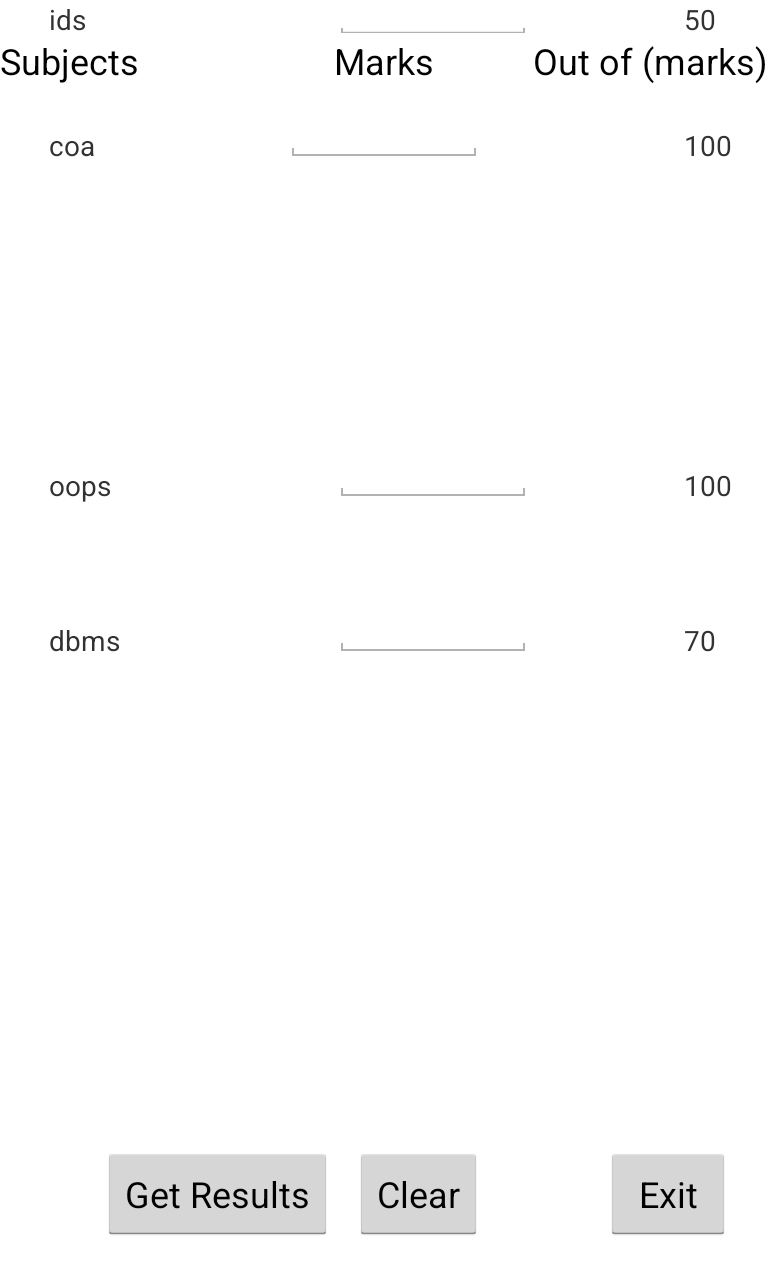
Repository: arjuntheprogrammer/iact
Layout: iact/iact android practice/mywork/ReportCard/res/layout/activity_second.xml
These files come from the project's save history. The layout is drawn as it stood at one moment and after the next save; the edit follows.
It is drawn on a 768 x 1280 px phone screen (xhdpi) without system bars, with theme AppTheme; the app's code is not run.

Above is the layout before, as saved 2015-12-26 11:40:02.

After the next save:
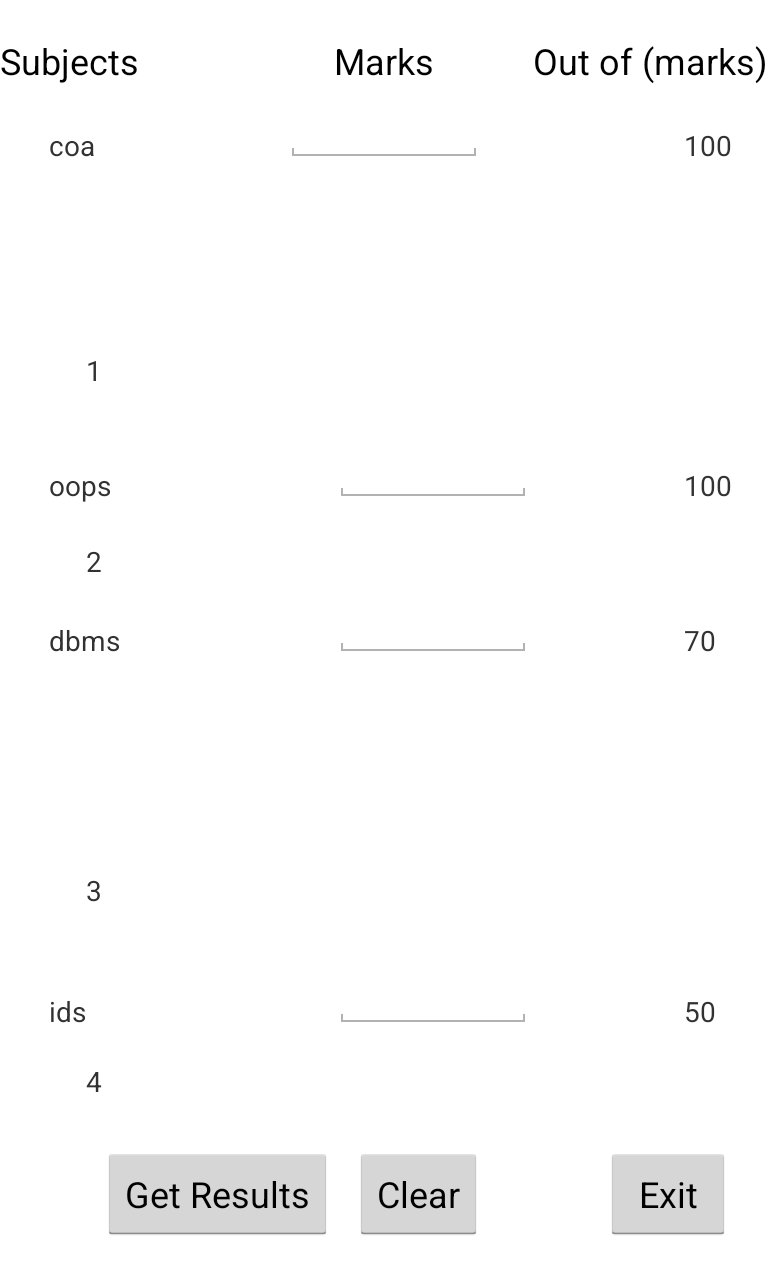
Saved 5 min 39 s later.
--- a/iact/iact android practice/mywork/ReportCard/res/layout/activity_second.xml
+++ b/iact/iact android practice/mywork/ReportCard/res/layout/activity_second.xml
@@ -167,17 +167,6 @@
         android:text="Clear" />
 
 
-    <TextView
-        android:id="@+id/textView7"
-        android:layout_width="wrap_content"
-        android:layout_height="wrap_content"
-        android:layout_above="@+id/textView15"
-        android:layout_alignLeft="@+id/textView6"
-        android:layout_marginBottom="24dp"
-        android:text="ids"
-        android:textAppearance="?android:attr/textAppearanceSmall" />
-
-
 
 
         <TextView
@@ -187,38 +176,42 @@
         android:layout_above="@+id/EditText01"
         android:layout_marginBottom="18dp"
         android:layout_toRightOf="@+id/textView7"
-        android:text="" />
+        android:text="1" />
 
     <TextView
         android:id="@+id/textView222"
         android:layout_width="wrap_content"
         android:layout_height="wrap_content"
         android:layout_above="@+id/EditText02"
-        android:layout_alignLeft="@+id/textView12"
-        android:text="" />
-
-        <TextView
+        android:layout_alignLeft="@+id/textView111"
+        android:text="2" />
+
+    <TextView
+        android:id="@+id/textView444"
+        android:layout_width="wrap_content"
+        android:layout_height="wrap_content"
+        android:layout_above="@+id/button1"
+        android:layout_alignLeft="@+id/textView333"
+        android:layout_marginBottom="23dp"
+        android:text="4" />
+
+    <TextView
+        android:id="@+id/textView7"
+        android:layout_width="wrap_content"
+        android:layout_height="wrap_content"
+        android:layout_above="@+id/textView444"
+        android:layout_alignLeft="@+id/textView6"
+        android:layout_marginBottom="16dp"
+        android:text="ids"
+        android:textAppearance="?android:attr/textAppearanceSmall" />
+
+    <TextView
         android:id="@+id/textView333"
         android:layout_width="wrap_content"
         android:layout_height="wrap_content"
         android:layout_above="@+id/EditText03"
-        android:layout_marginBottom="19dp"
+        android:layout_marginBottom="21dp"
         android:layout_toRightOf="@+id/textView7"
-        android:text="" />
-
-
-    <TextView
-        android:id="@+id/textView444"
-        android:layout_width="wrap_content"
-        android:layout_height="wrap_content"
-        android:layout_above="@+id/button1"
-        android:layout_marginBottom="16dp"
-        android:layout_toRightOf="@+id/textView7"
-        android:text="" />
-
-
-
-
-
+        android:text="3" />
 
 </RelativeLayout>
